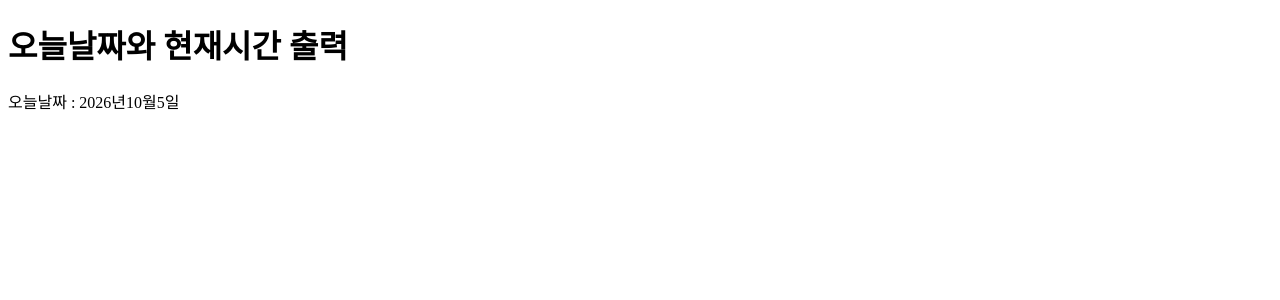
Repository: lhk21go-commits/Jsp2026
Page: http://localhost/chapter01/test03.jsp
An editor plug-in stored every save of this project. The page is shown before and after the next save, followed by the edit.
The browser window is 1280 px wide. The pictures show the whole page.
The page is served by Tomcat 9.

Above is the page before, as saved 2026-10-16 02:46:03.

### chapter01/src/main/webapp/test03.jsp
<%@ page language="java" contentType="text/html; charset=UTF-8"
    pageEncoding="UTF-8" import="java.util.*"%>
<!DOCTYPE html>
<html>
<head>
<meta charset="UTF-8">
<title>Insert title here</title>
</head>
<body>
	<h1>오늘날짜와 현재시간 출력</h1>
	<%
		Date today = new Date();
		int year = today.getYear()+1900;
		int month = today.getMonth()+1;
		int day = today.getDay();
	%>
	오늘날짜 : <%=year+"년"+month+"월"+day+"일" %>

</body>
</html>

After the next save:
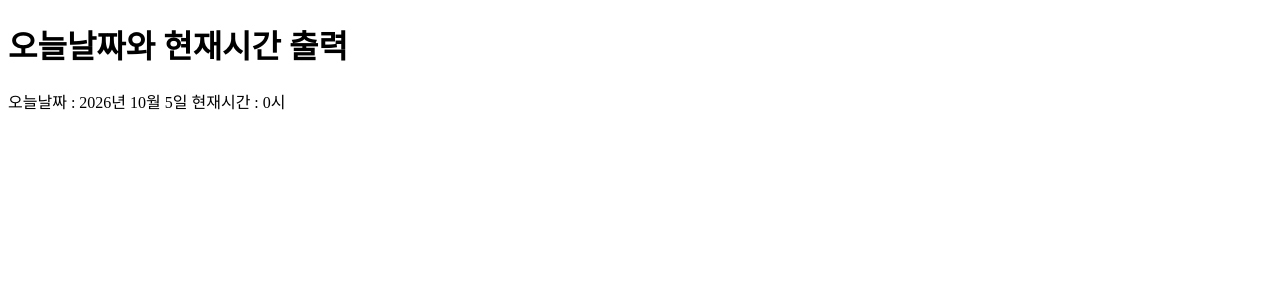
Saved 98 s later.
--- a/chapter01/src/main/webapp/test03.jsp
+++ b/chapter01/src/main/webapp/test03.jsp
@@ -13,8 +13,9 @@
 		int year = today.getYear()+1900;
 		int month = today.getMonth()+1;
 		int day = today.getDay();
+		int time = today.getHours();
 	%>
-	오늘날짜 : <%=year+"년"+month+"월"+day+"일" %>
-
+	오늘날짜 : <%=year+"년 "+month+"월 "+day+"일 " %>
+	현재시간 : <%=time+"시 " %>
 </body>
 </html>
